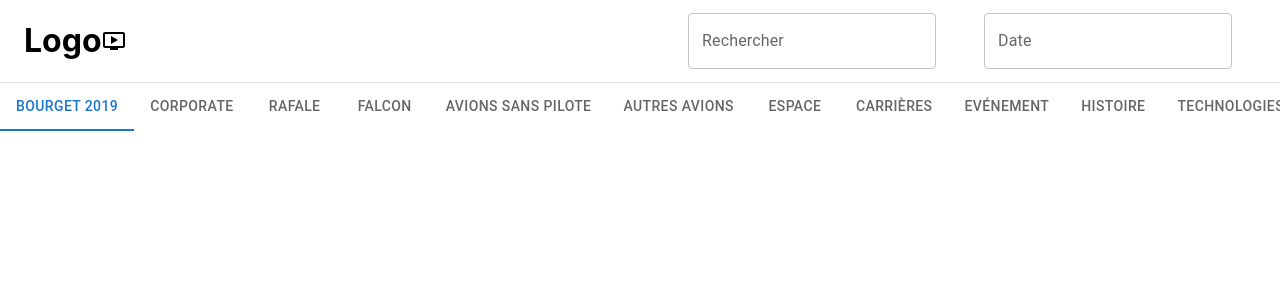
Repository: helmiz02/newproj
Page: /
These files come from the project's save history. The page is drawn as it stood at one moment and after the next save; the edit follows.
The browser window is 1280 px wide. The pictures show the whole page.
The project was rebuilt for these pictures with package versions that can differ from the ones it lists, and the page was loaded fresh each time. Also part of the build but not shown: src/App.css.

Above is the page before, as saved 2022-02-21 10:48:11.

### src/App.js

import { Divider } from '@mui/material';
import './App.css';
import Header from './component/header';
import Videos from './component/videos';

function App() {
  return (
    <div >
     <Header />
     <Divider />
     <Videos />
    </div>
  );
}

export default App;

### src/component/header/index.js
import OndemandVideoIcon from "@mui/icons-material/OndemandVideo";
import { TextField } from "@mui/material";
import "./style.css"

export default function Header() {
  return (
    <div className="headerContainer">
      <div className="displayStyle">
        <h1> Logo </h1>
        <OndemandVideoIcon />
      </div>

      <div className="displayStyle">
      <TextField fullWidth label="Rechercher" id="Rechercher" />
      <TextField fullWidth label="Date" id="Date" />
        {/* <DatePickerComponent /> */}

      </div>
    </div>
  );
}

### src/component/videos/index.js
import TabsComponent from "./tabsComponent";

export default function Videos() {
  return (
    <>
     <TabsComponent />
    </>
  );
}

### src/component/header/style.css
.headerContainer{
    display: flex;
    flex-direction: row;
    justify-content: space-between;
    align-items: center;
}

.displayStyle{
    display: flex;
    flex-direction: row;
    align-items: center;
    margin: 0 24px;
}

.css-wb57ya-MuiFormControl-root-MuiTextField-root{
    margin: 0 24px !important;
}

### src/component/videos/tabsComponent.js
import * as React from 'react';
import Box from '@mui/material/Box';
import Tabs from '@mui/material/Tabs';
import Tab from '@mui/material/Tab';
import themes from "../../utils/themes.json"
export default function TabsComponent() {
  const [value, setValue] = React.useState(0);

  const handleChange = (event, newValue) => {
    setValue(newValue);
  };
  console.log(value)
  return (
    <Box sx={{ width: '100%', bgcolor: 'background.paper' }}>
      <Tabs value={value} onChange={handleChange} >
      {themes.map((theme)=>  <Tab label={theme.name} />
      )}
        {/* <Tab label="Item One" />
        <Tab label="Item Two" />
        <Tab label="Item Three" /> */}
      </Tabs>
    </Box>
  );
}

### src/utils/themes.json
[
  {
    "name": "Bourget 2019",
    "id": "1"
  },
  {
    "name": "Corporate",
    "id": "29d589a4-a2b1-3e22-9a9b-355645387704"
  },
  {
    "name": "Rafale",
    "id": "425317b4-8b44-31ad-989c-7346aece3c7d"
  },
  {
    "name": "Falcon",
    "id": "94a16e9e-0de1-3dc2-8b40-7d68511aeff0"
  },
  {
    "name": "Avions sans pilote",
    "id": "acfe418b-af0b-3cbc-8051-6792a7a03834"
  },
  {
    "name": "Autres avions",
    "id": "d92f3659-b5f8-32ca-9a81-5fff6ae496e4"
  },
  {
    "name": "Espace",
    "id": "83aa23c2-82e4-3b4e-b919-8044e12ad8a8"
  },
  {
    "name": "Carrières",
    "id": "e785c7e5-4489-37f7-9493-dc53187ad82d"
  },
  {
    "name": "Evénement",
    "id": "ec5e2a72-1ae2-3608-bb55-f01494977825"
  },
  {
    "name": "Histoire",
    "id": "ee00fd51-1129-3b3a-91db-3749b7e52ee6"
  },
  {
    "name": "Technologies",
    "id": "ee00fd51-1129-3b3a-91db-azea674zdsqda"
  }
]

Loaded but not shown: public/index.html (common file); src/index.js (common file); src/index.css (common file); src/reportWebVitals.js (common file)

After the next save:
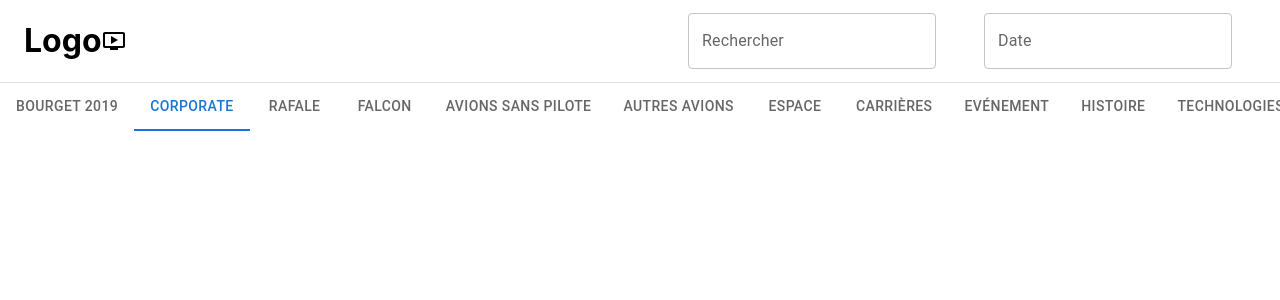
Saved 64 s later.
--- a/src/component/videos/tabsComponent.js
+++ b/src/component/videos/tabsComponent.js
@@ -4,7 +4,7 @@ import Tabs from '@mui/material/Tabs';
 import Tab from '@mui/material/Tab';
 import themes from "../../utils/themes.json"
 export default function TabsComponent() {
-  const [value, setValue] = React.useState(0);
+  const [value, setValue] = React.useState(1);
 
   const handleChange = (event, newValue) => {
     setValue(newValue);
